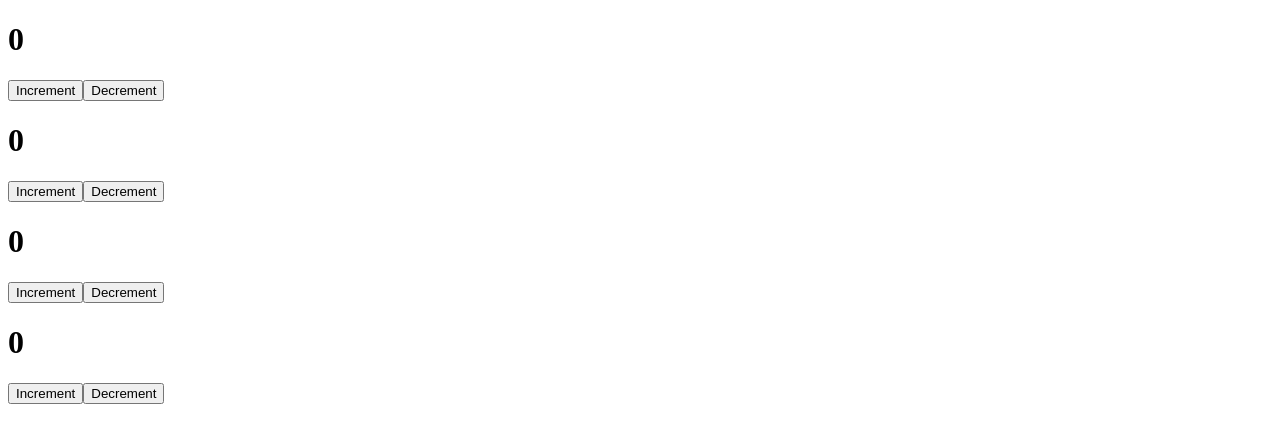
Repository: otvertka/ulb
Page: /
An editor plug-in stored every save of this project. The page is shown before and after the next save, followed by the edit.
The browser window is 1280 px wide. The pictures show the whole page.
The project was rebuilt for these pictures with package versions that can differ from the ones it lists, and the page was loaded fresh each time.

Above is the page before, as saved 2023-06-10 11:04:14.

After the next save:
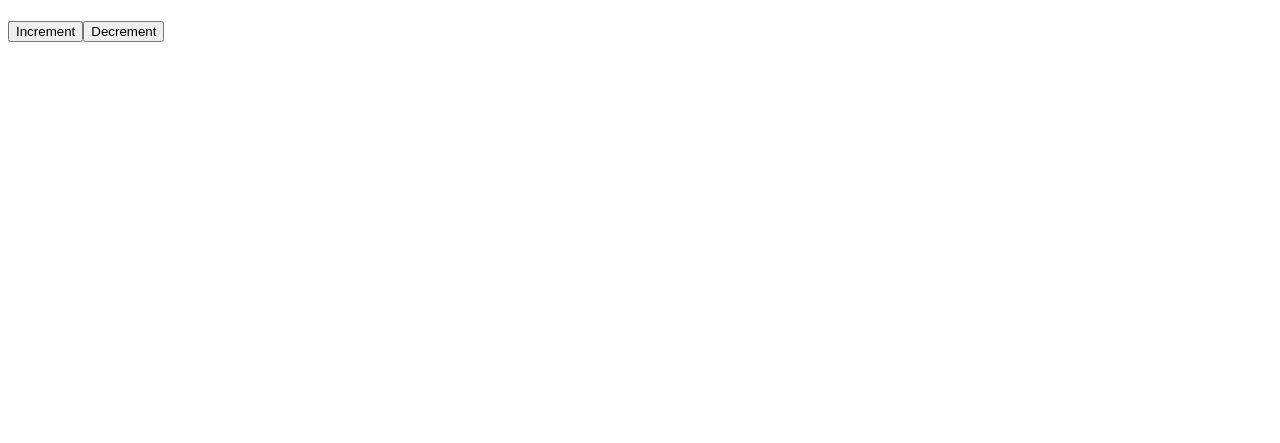
Saved 44 s later.
--- a/src/App.js
+++ b/src/App.js
@@ -1,5 +1,6 @@
 import React, { useState } from "react";
 import Counter from "./components/Counter";
+import ClassCounter from "./components/ClassCounter";
 
 function App() {
   const [likes, setLikes] = useState(0); // счётчики лайков
@@ -8,10 +9,7 @@ function App() {
   // импортируем компонент Counter
   return (
     <div className="App">
-      <Counter />
-      <Counter />
-      <Counter />
-      <Counter />
+      <ClassCounter />
     </div>
   );
 }
